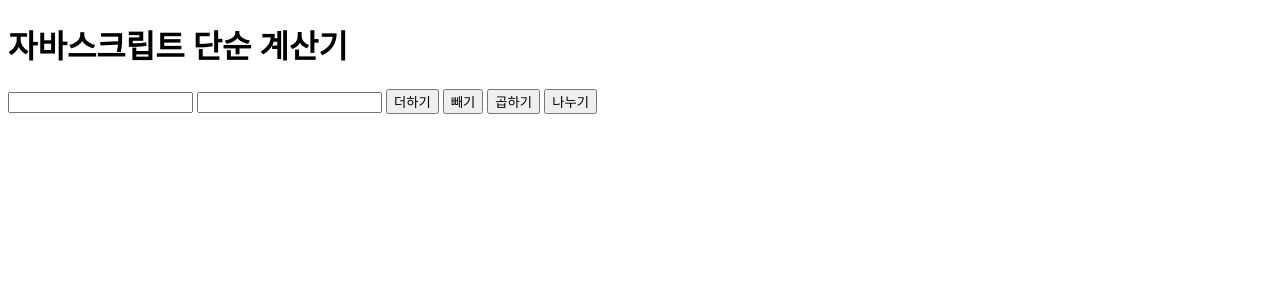
Repository: XenosJM/WEB_CODES
Page: Web03_JavaScript/src/main/webapp/HW1.html
These files come from the project's save history. The page is drawn as it stood at one moment and after the next save; the edit follows.
The browser window is 1280 px wide. The pictures show the whole page.

Above is the page before, as saved 2024-03-20 06:14:54.

### Web03_JavaScript/src/main/webapp/HW1.html
<!DOCTYPE html>
<html>
<head>
<meta charset="UTF-8">
<title>HW1</title>
</head>
<body>
	<h1>자바스크립트 단순 계산기</h1>
	<input type="number" id="xText">
	<input type="number" id="yText">
	<button onclick="add()">더하기</button>
	<button onclick="sub()">빼기</button>
	<button onclick="multi()">곱하기</button>
	<button onclick="div()">나누기</button>
	<div id="output"></div>

	<script type="text/javascript">
		function add(){
			let output = document.getElementById('output');
			let x = document.getElementById('xText').value;
			let y = document.getElementById('yText').value;
			x = parseInt(x);
			y = parseInt(y);
			console.log(x);
			console.log(typeof x);
			console.log(y);
			console.log(typeof y);
			let sum = x + y;
			output.innerHTML += '덧셈 : ' + sum + '<br>';
		}

		function sub(){
			let output = document.getElementById('output');
			let x = document.getElementById('xText').value;
			let y = document.getElementById('yText').value;
			x = parseInt(x);
			y = parseInt(y);
			console.log(x);
			console.log(typeof x);
			console.log(y);
			console.log(typeof y);
			let sum = x - y;
			output.innerHTML += '뺄셈 : ' + sum + '<br>';
		}

		function multi(){
			let output = document.getElementById('output');
			let x = document.getElementById('xText').value;
			let y = document.getElementById('yText').value;
			x = parseInt(x);
			y = parseInt(y);
			console.log(x);
			console.log(typeof x);
			console.log(y);
			console.log(typeof y);
			let sum = x * y;
			output.innerHTML += '곱셈 : ' + sum + '<br>';
		}

		function div(){
			let output = document.getElementById('output');
			let x = document.getElementById('xText').value;
			let y = document.getElementById('yText').value;
			x = parseInt(x);
			y = parseInt(y);
			console.log(x);
			console.log(typeof x);
			console.log(y);
			console.log(typeof y);
			let sum = x / y;
			output.innerHTML += '나눗셈 : ' + sum + '<br>';
		}

	</script>

</body>
</html>

After the next save:
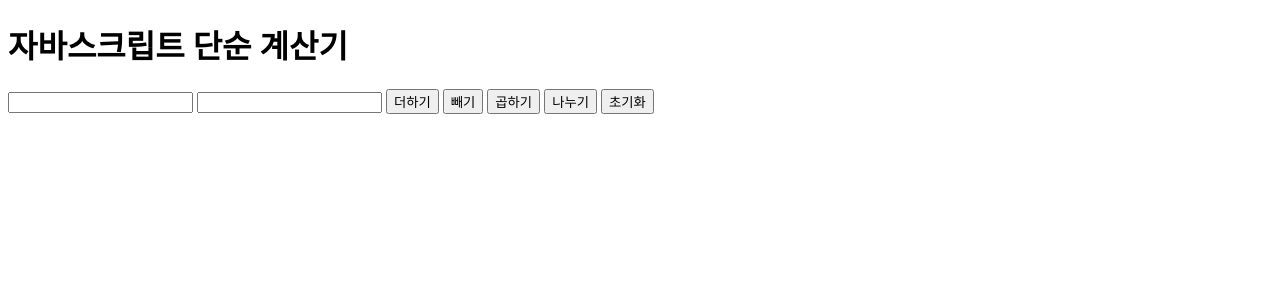
Saved 87 s later.
--- a/Web03_JavaScript/src/main/webapp/HW1.html
+++ b/Web03_JavaScript/src/main/webapp/HW1.html
@@ -12,6 +12,7 @@
 	<button onclick="sub()">빼기</button>
 	<button onclick="multi()">곱하기</button>
 	<button onclick="div()">나누기</button>
+	<button onclick="setDefault">초기화</button>
 	<div id="output"></div>
 
 	<script type="text/javascript">
@@ -71,6 +72,11 @@
 			output.innerHTML += '나눗셈 : ' + sum + '<br>';
 		}
 
+		function setDefault(){
+		let output = document.getElementById('output');
+		output.innerHTML;
+		}
+
 	</script>
 
 </body>
